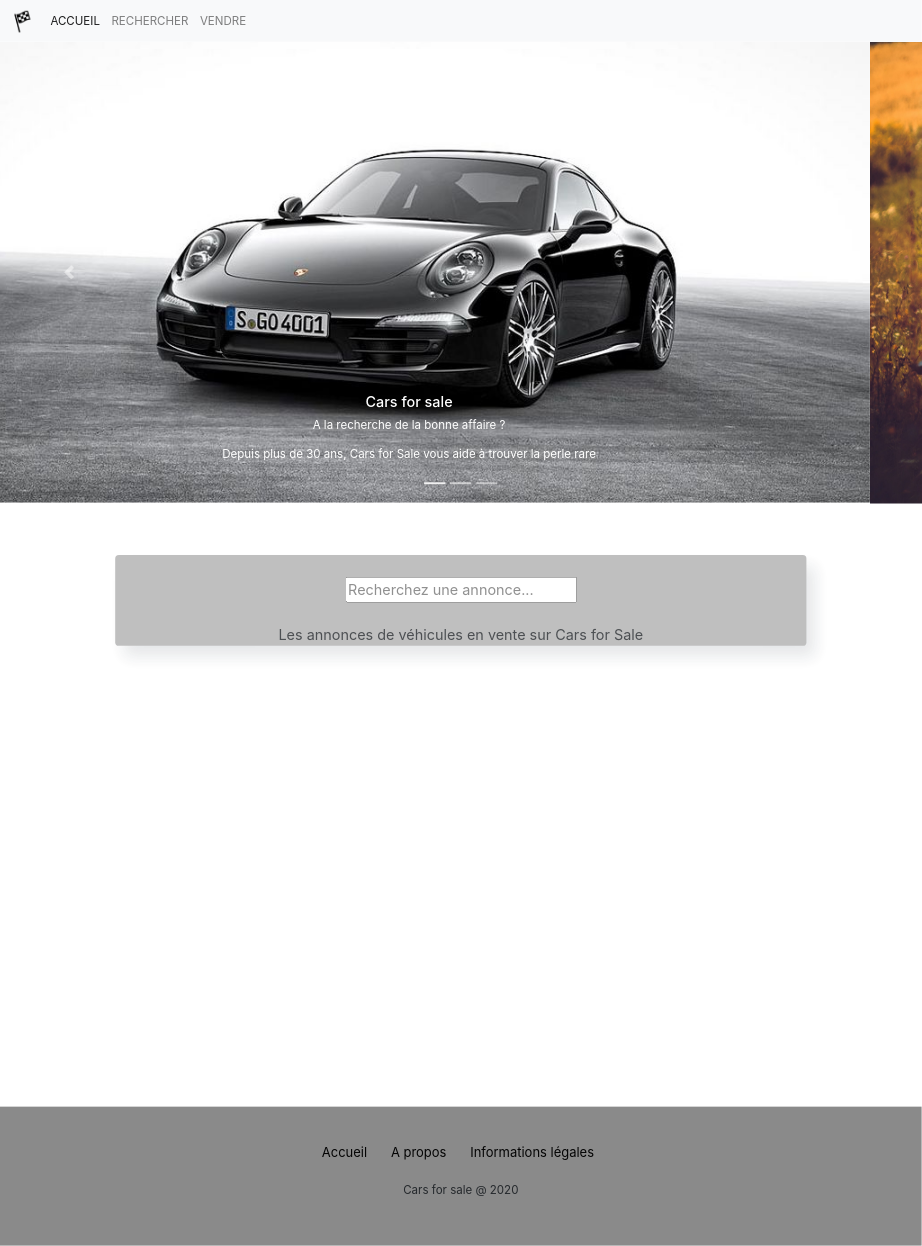
Repository: JonasvanHoorebeke/node_project_carforsale_final
Page: views/admin.ejs
These files come from the project's save history. The page is drawn as it stood at one moment and after the next save; the edit follows.
The browser window is 1280 px wide. The pictures show the whole page, at 72% of full size.
The page is served by the project's Node server (server.js). The template is opened directly, without the code that normally fills it, so the values that code supplies are empty.

Above is the page before, as saved 2020-08-26 20:42:16.

After the next save:
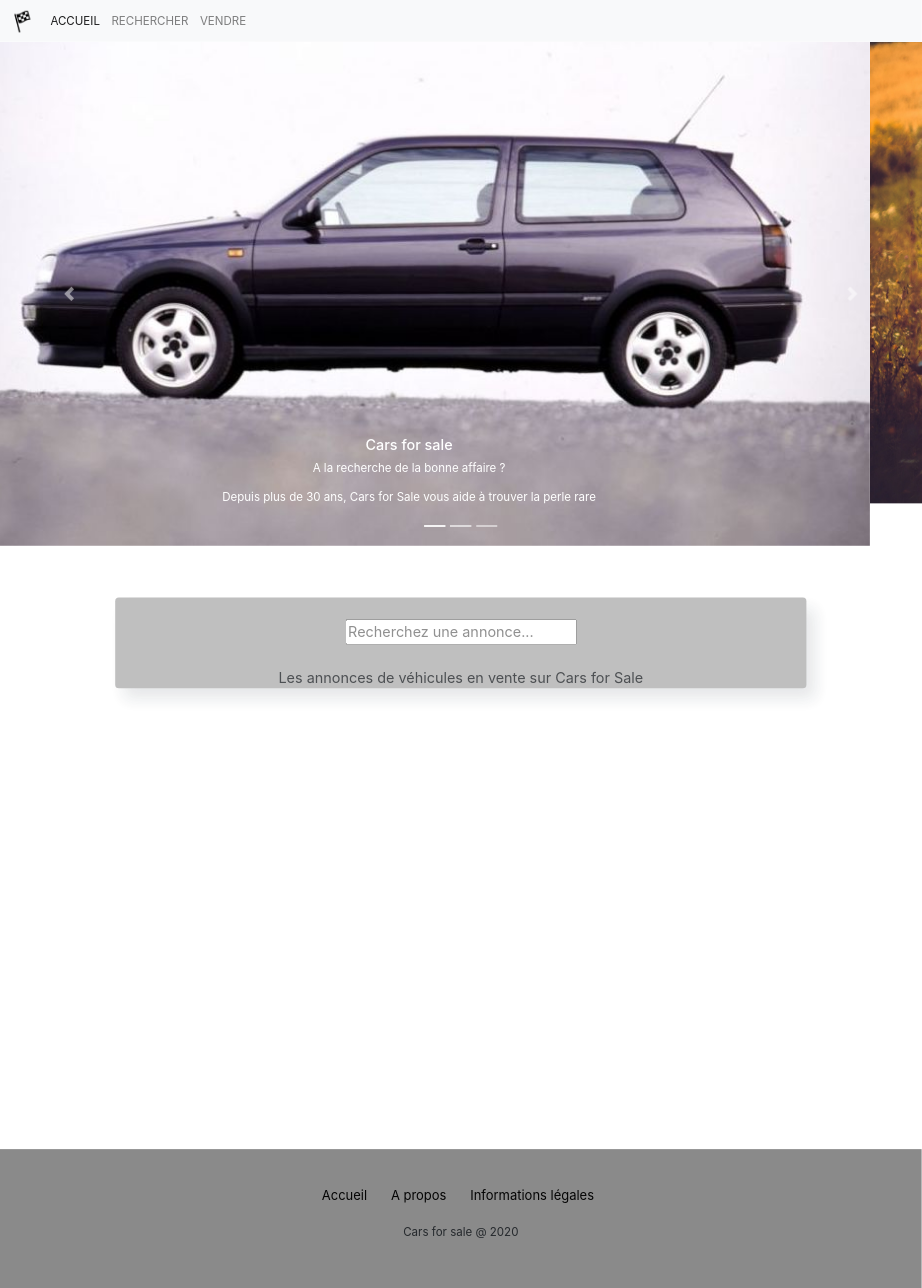
Saved 12 min 56 s later.
--- a/views/admin.ejs
+++ b/views/admin.ejs
@@ -7,7 +7,7 @@
     </ol>
     <div class="carousel-inner">
       <div class="carousel-item active">
-        <img src="/css/porsche.jpg" class="d-block w-100" alt="Porsche">
+        <img src="/css/vr6.jpg" class="d-block w-100" alt="Golf vr6">
         <div class="carousel-caption d-none d-md-block">
           <h5>Cars for sale</h5>
           <p>A la recherche de la bonne affaire ?</p>
